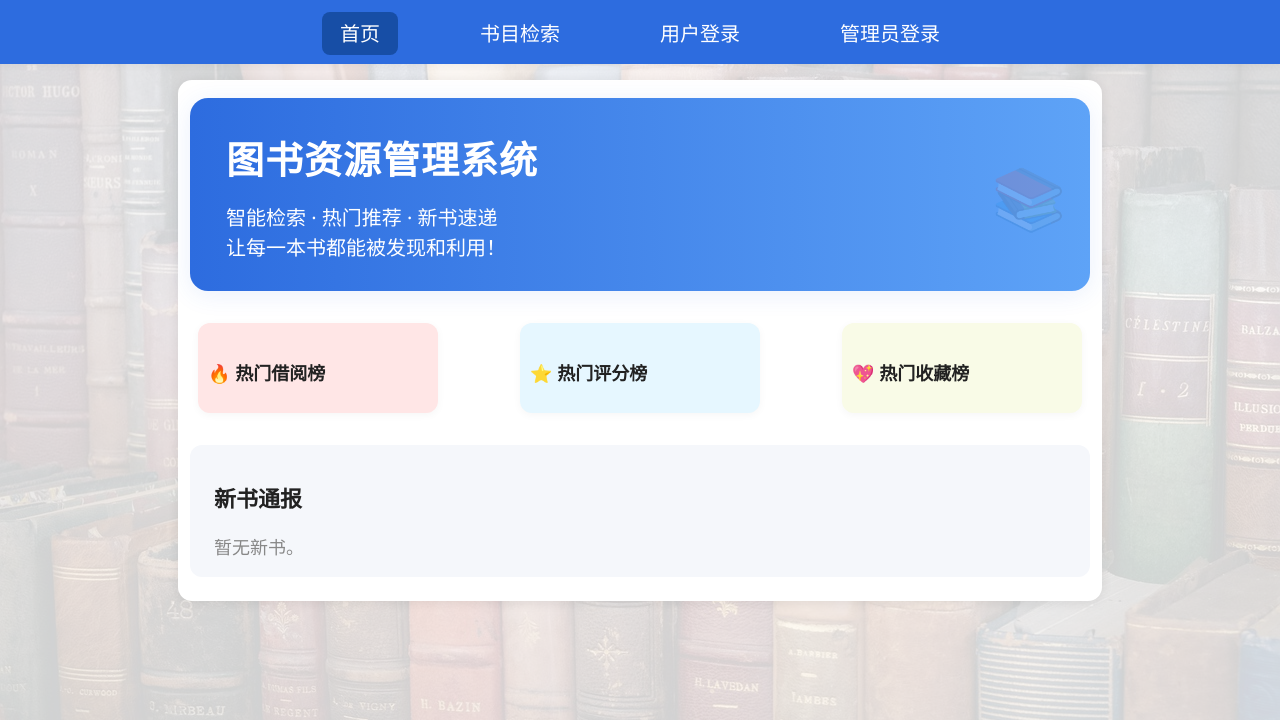
Repository: MercuryRandom/Library-Resource-Management-System
Page: / (app in frontend/)
An editor plug-in stored every save of this project. The page is shown before and after the next save, followed by the edit.
The browser window is 1280 px wide. The pictures show the whole page.
The page's requests for data from a server got no answer. The project was rebuilt for these pictures with package versions that can differ from the ones it lists, and the page was loaded fresh each time. No one was signed in, and anything a server would have sent is missing. Also part of the build but not shown: frontend/vite.config.js, frontend/src/pages/SearchPage.jsx, frontend/src/pages/LoginPage.jsx, frontend/src/pages/RegisterPage.jsx, frontend/src/pages/UserLibraryPage.jsx, frontend/src/pages/AdminLoginPage.jsx, frontend/src/pages/admin/ReaderManagementPage.jsx, frontend/src/pages/admin/BookManagementPage.jsx and 1 more.

Above is the page before, as saved 2025-06-28 14:10:13.

After the next save:
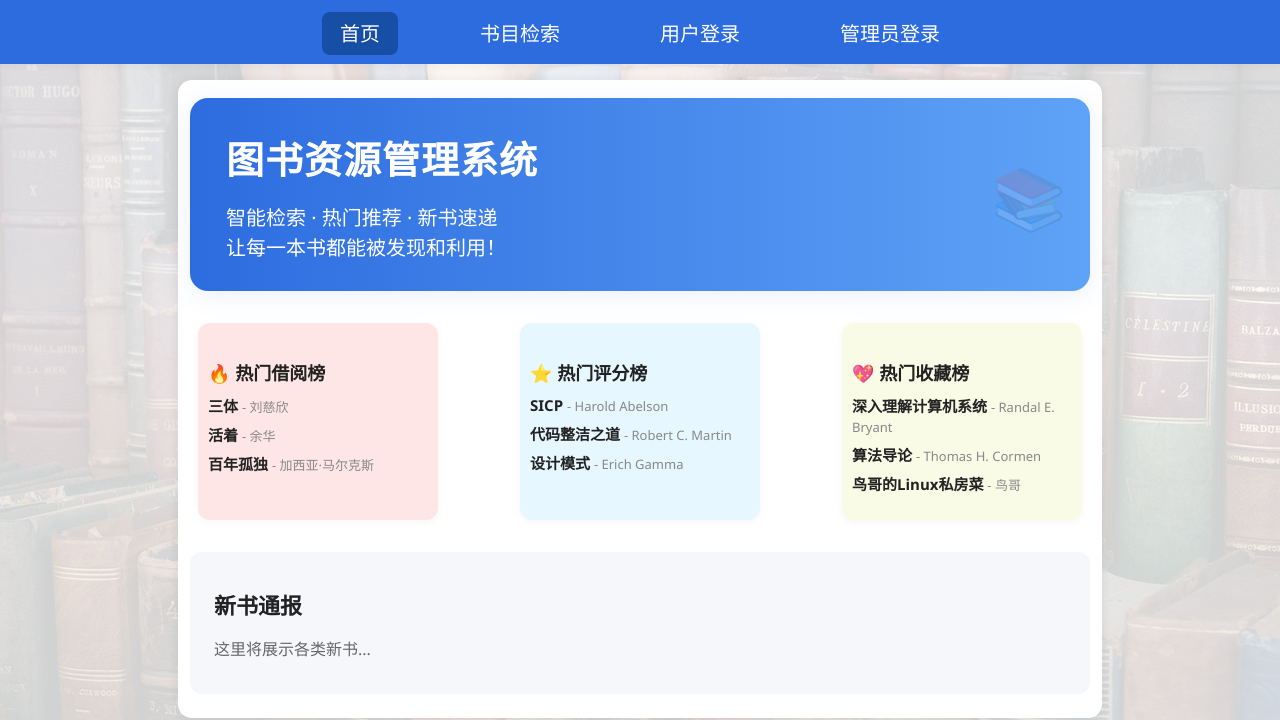
Saved 2 s later.
--- a/frontend/src/pages/HomePage.jsx
+++ b/frontend/src/pages/HomePage.jsx
@@ -1,67 +1,24 @@
-import React, { useEffect, useState, useRef } from 'react';
+import React from 'react';
 
 const HomePage = () => {
-  const [popularBorrow, setPopularBorrow] = useState([]);
-  const [popularRating, setPopularRating] = useState([]);
-  const [popularCollect, setPopularCollect] = useState([]);
-  const [newBooks, setNewBooks] = useState({});
-  const [category, setCategory] = useState('');
-  const timerRef = useRef();
+  // 假设这些是-从后端获取的数据
+  const popularBorrowings = [
+    { id: 1, title: '三体', author: '刘慈欣' },
+    { id: 2, title: '活着', author: '余华' },
+    { id: 3, title: '百年孤独', author: '加西亚·马尔克斯' },
+  ];
 
-  useEffect(() => {
-    // 获取热门借阅榜
-    fetch('http://localhost:4001/api/recommend/popular-borrow')
-      .then(r => r.json())
-      .then(setPopularBorrow)
-      .catch(err => {
-        console.error('获取热门借阅榜失败:', err);
-        setPopularBorrow([]);
-      });
+  const popularRatings = [
+    { id: 1, title: 'SICP', author: 'Harold Abelson' },
+    { id: 2, title: '代码整洁之道', author: 'Robert C. Martin' },
+    { id: 3, title: '设计模式', author: 'Erich Gamma' },
+  ];
 
-    // 获取热门评分榜
-    fetch('http://localhost:4001/api/recommend/popular-rating')
-      .then(r => r.json())
-      .then(setPopularRating)
-      .catch(err => {
-        console.error('获取热门评分榜失败:', err);
-        setPopularRating([]);
-      });
-
-    // 获取热门收藏榜
-    fetch('http://localhost:4001/api/recommend/popular-collect')
-      .then(r => r.json())
-      .then(setPopularCollect)
-      .catch(err => {
-        console.error('获取热门收藏榜失败:', err);
-        setPopularCollect([]);
-      });
-
-    // 获取新书通报
-    fetch('http://localhost:4001/api/recommend/new-books')
-      .then(r => r.json())
-      .then(data => {
-        setNewBooks(data);
-        const cats = Object.keys(data);
-        if (cats.length > 0) setCategory(cats[0]);
-      })
-      .catch(err => {
-        console.error('获取新书通报失败:', err);
-        setNewBooks({});
-      });
-  }, []);
-
-  // 自动轮播分类
-  useEffect(() => {
-    timerRef.current && clearInterval(timerRef.current);
-    const cats = Object.keys(newBooks);
-    if (!category || cats.length === 0) return;
-    let idx = cats.indexOf(category);
-    timerRef.current = setInterval(() => {
-      idx = (idx + 1) % cats.length;
-      setCategory(cats[idx]);
-    }, 4000);
-    return () => clearInterval(timerRef.current);
-  }, [category, newBooks]);
+  const popularCollections = [
+    { id: 1, title: '深入理解计算机系统', author: 'Randal E. Bryant' },
+    { id: 2, title: '算法导论', author: 'Thomas H. Cormen' },
+    { id: 3, title: '鸟哥的Linux私房菜', author: '鸟哥' },
+  ];
 
   return (
     <div style={{ maxWidth: 900, margin: '0 auto' }}>
@@ -87,56 +44,27 @@ const HomePage = () => {
       </div>
 
       <div style={{ display: 'flex', justifyContent: 'space-between', gap: 18, marginBottom: 32 }}>
-        <RecommendationList title="热门借阅榜" icon="🔥" books={popularBorrow} color="#ffe6e6" type="borrow" />
-        <RecommendationList title="热门评分榜" icon="⭐" books={popularRating} color="#e6f7ff" type="rating" />
-        <RecommendationList title="热门收藏榜" icon="💖" books={popularCollect} color="#f9fbe7" type="collect" />
+        <RecommendationList title="热门借阅榜" icon="🔥" books={popularBorrowings} color="#ffe6e6" />
+        <RecommendationList title="热门评分榜" icon="⭐" books={popularRatings} color="#e6f7ff" />
+        <RecommendationList title="热门收藏榜" icon="💖" books={popularCollections} color="#f9fbe7" />
       </div>
 
       <div style={{ marginTop: '24px', background: '#f5f7fb', borderRadius: 12, padding: '18px 24px' }}>
         <h2 style={{ fontSize: 22, marginBottom: 10 }}>新书通报</h2>
-        <div style={{ display: 'flex', gap: 16, alignItems: 'center', marginBottom: 10 }}>
-          {Object.keys(newBooks).map(cat => (
-            <button key={cat} onClick={() => setCategory(cat)} style={{
-              background: cat === category ? '#2d6cdf' : '#fff',
-              color: cat === category ? '#fff' : '#2d6cdf',
-              border: '1.5px solid #2d6cdf',
-              borderRadius: 8,
-              padding: '4px 16px',
-              fontWeight: 600,
-              fontSize: 15,
-              cursor: 'pointer',
-              marginRight: 4
-            }}>{cat}</button>
-          ))}
-        </div>
-        <div>
-          {(newBooks[category] || []).length === 0 ? <div style={{ color: '#888' }}>暂无新书。</div> : (
-            <ul style={{ padding: 0, margin: 0, listStyle: 'none', display: 'flex', gap: 18 }}>
-              {newBooks[category].slice(0, 4).map(book => (
-                <li key={book.book_id} style={{ background: 'linear-gradient(135deg,#e6f0ff 0%,#f5f7fb 100%)', borderRadius: 12, boxShadow: '0 2px 8px #0001', padding: '18px 20px', minWidth: 160, display: 'flex', flexDirection: 'column', alignItems: 'flex-start', transition: 'box-shadow 0.2s', border: '1.5px solid #e0e7f7' }}>
-                  <div style={{ fontWeight: 700, fontSize: 17, marginBottom: 6, color: '#2d6cdf', wordBreak: 'break-all' }}>{book.title}</div>
-                  <div style={{ color: '#666', fontSize: 15, marginBottom: 2 }}>{book.author}</div>
-                </li>
-              ))}
-            </ul>
-          )}
-        </div>
+        <p style={{ color: '#666', fontSize: 16 }}>这里将展示各类新书...</p>
       </div>
     </div>
   );
 };
 
-// 可重用榜单组件
-const RecommendationList = ({ title, icon, books, color, type }) => (
+// 一个可重用的列表组件
+const RecommendationList = ({ title, icon, books, color }) => (
   <div className="card-hover" style={{ background: color, borderRadius: 12, padding: '18px 10px', width: '32%', boxShadow: '0 2px 8px rgba(0,0,0,0.04)', transition: 'box-shadow 0.25s, transform 0.25s', minWidth: 0 }}>
     <h3 style={{ fontSize: 18, marginBottom: 10 }}>{icon} {title}</h3>
     <ul style={{ padding: 0, margin: 0, listStyle: 'none', fontSize: 15 }}>
       {books.map(book => (
-        <li key={book.book_id || book.id} style={{ marginBottom: 8 }}>
+        <li key={book.id} style={{ marginBottom: 8 }}>
           <strong>{book.title}</strong> <span style={{ color: '#888', fontSize: 13 }}>- {book.author}</span>
-          {type === 'borrow' && <span style={{ color: '#e67e22', marginLeft: 8 }}>借阅 {book.borrow_count || 0} 次</span>}
-          {type === 'rating' && <span style={{ color: '#f7b500', marginLeft: 8 }}>评分 {(book.avg_rating || 0).toFixed(1)} 分</span>}
-          {type === 'collect' && <span style={{ color: '#2d6cdf', marginLeft: 8 }}>收藏 {book.reservation_count || book.collect_count || 0} 次</span>}
         </li>
       ))}
     </ul>
